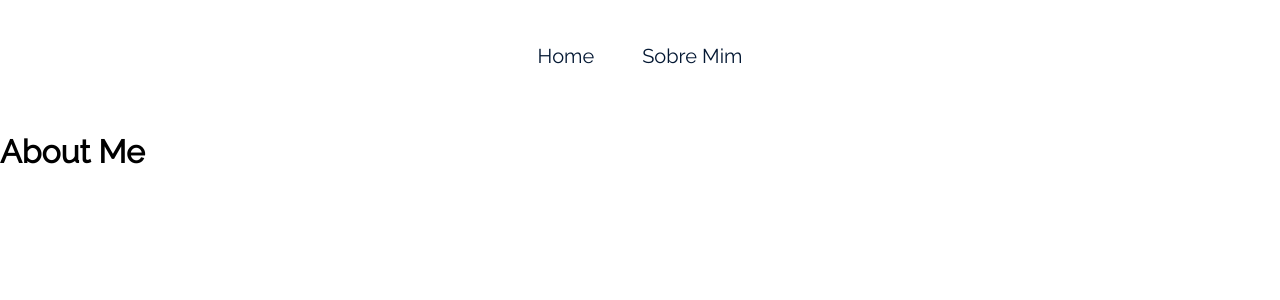
Repository: guilhermecardoso93/ola-mundo-alura
Page: /aboutme
These files come from the project's save history. The page is drawn as it stood at one moment and after the next save; the edit follows.
The browser window is 1280 px wide. The pictures show the whole page.
The project was rebuilt for these pictures with package versions that can differ from the ones it lists, and the page was loaded fresh each time. Also part of the build but not shown: vite.config.js, src/pages/Home/index.jsx.

Above is the page before, as saved 2024-06-17 20:02:04.

### index.html
<!doctype html>
<html lang="pt-BR">
  <head>
    <meta charset="UTF-8" />
    <link rel="icon" type="image/svg+xml" href="/vite.svg" />
    <link rel="preconnect" href="https://fonts.googleapis.com">
    <link rel="preconnect" href="https://fonts.gstatic.com" crossorigin>
    <link href="https://fonts.googleapis.com/css2?family=Playfair+Display:wght@400;600;700&family=Raleway&display=swap" rel="stylesheet">
    <meta name="viewport" content="width=device-width, initial-scale=1.0" />
    <title>Alura | Olá Mundo</title>
  </head>
  <body>
    <div id="root"></div>
    <script type="module" src="/src/main.jsx"></script>
  </body>
</html>

### src/main.jsx
import React from "react";
import ReactDOM from "react-dom/client";
import { App } from "./App";

import "./index.css";

ReactDOM.createRoot(document.getElementById("root")).render(
  <React.StrictMode>
    <App />
  </React.StrictMode>
);

### src/App.jsx
import { BrowserRouter, Routes, Route } from "react-router-dom";
import { Home } from "./pages/Home";
import { AboutMe } from "./pages/AboutMe";
import { Menu } from "./components/Menu";

export function App() {
  return (
    <BrowserRouter>
      <Menu />
      <Routes>
        <Route path="/" element={<Home />} />
        <Route path="/aboutme" element={<AboutMe />} />
        <Route path="*" element="Pagina não Encontrada" />
      </Routes>
    </BrowserRouter>
  );
}

### src/pages/AboutMe/index.jsx
export function AboutMe() {
  return (
    <h1>About Me</h1>
  )
}

### src/components/Menu/index.jsx
import { MenuLink } from "../MenuLink";
import "./styles.css";

export function Menu() {
  return (
    <header>
      <nav className="navegacao">
        <MenuLink to="/" title="Home"/>
        <MenuLink to="/aboutme" title="Sobre Mim"/>
      </nav>
    </header>
  );
}

### src/components/MenuLink/index.jsx
import { Link, useLocation } from "react-router-dom";
import "./styles.css";

export function MenuLink({ children, to, title }) {
  const location = useLocation();

  return (
    <Link
      to={to}
      className={`link ${location.pathname === to ? 'linkDestacado' : ''}`}
    >
      {title} {/* Render the 'title' prop as the content of the link */}
    </Link>
  );
}

### src/components/Menu/styles.css
.navegacao {
  height: 112px;
  display: flex;
  justify-content: center;
  align-items: center;
  column-gap: 3rem;
}

@media (max-width: 744px) {
  .navegacao {
    height: 72px;
  }
}

### src/components/MenuLink/styles.css
.link {
  font-size: 1.25rem;
  line-height: 1.5rem;
  color: var(--cor-fonte-principal);
}

.linkDestacado {
  text-decoration: none;
}

Loaded but not shown: src/index.css (common file)

After the next save:
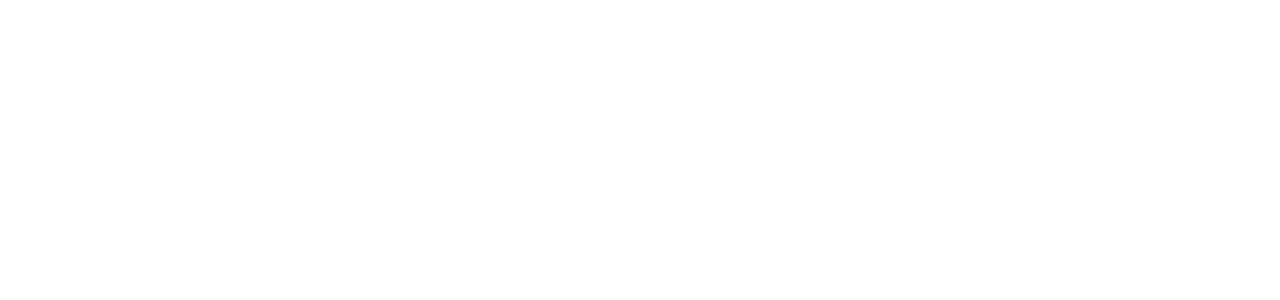
Console error (its wording comes from the project's code and is left out).
Saved 18 s later.
--- a/src/components/MenuLink/index.jsx
+++ b/src/components/MenuLink/index.jsx
@@ -1,7 +1,7 @@
 import { Link, useLocation } from "react-router-dom";
 import "./styles.css";
 
-export function MenuLink({ children, to, title }) {
+export function MenuLink(to, title) {
   const location = useLocation();
 
   return (

After the 3 saves that followed:
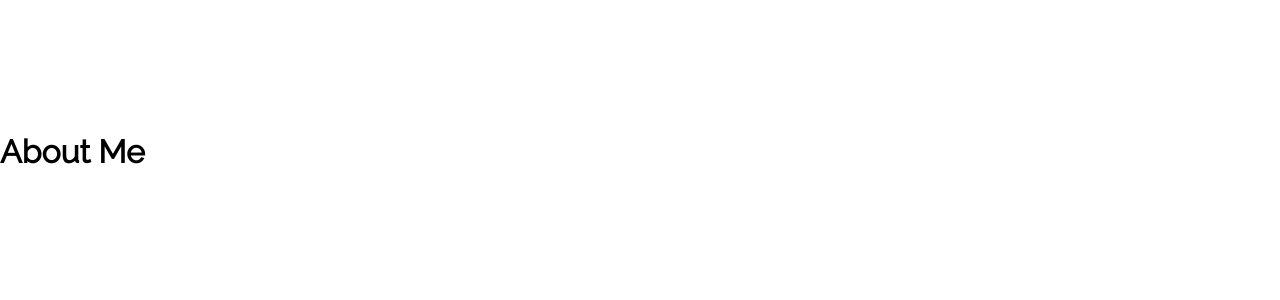
The error is gone.
The 3 saves are shown as one change because 2 left the picture as it was.
The last was saved 101 s later.
--- a/src/components/MenuLink/index.jsx
+++ b/src/components/MenuLink/index.jsx
@@ -1,7 +1,8 @@
+import React from "react";
 import { Link, useLocation } from "react-router-dom";
 import "./styles.css";
 
-export function MenuLink(to, title) {
+export function MenuLink({ children, to, title }) {
   const location = useLocation();
 
   return (
@@ -9,7 +10,7 @@
       to={to}
       className={`link ${location.pathname === to ? 'linkDestacado' : ''}`}
     >
-      {title} {/* Render the 'title' prop as the content of the link */}
+      {children} {/* Render children here */}
     </Link>
   );
 }
--- a/src/components/MenuLink/styles.css
+++ b/src/components/MenuLink/styles.css
@@ -5,5 +5,5 @@
 }
 
 .linkDestacado {
-  text-decoration: none;
+  text-decoration: underline;
 }
